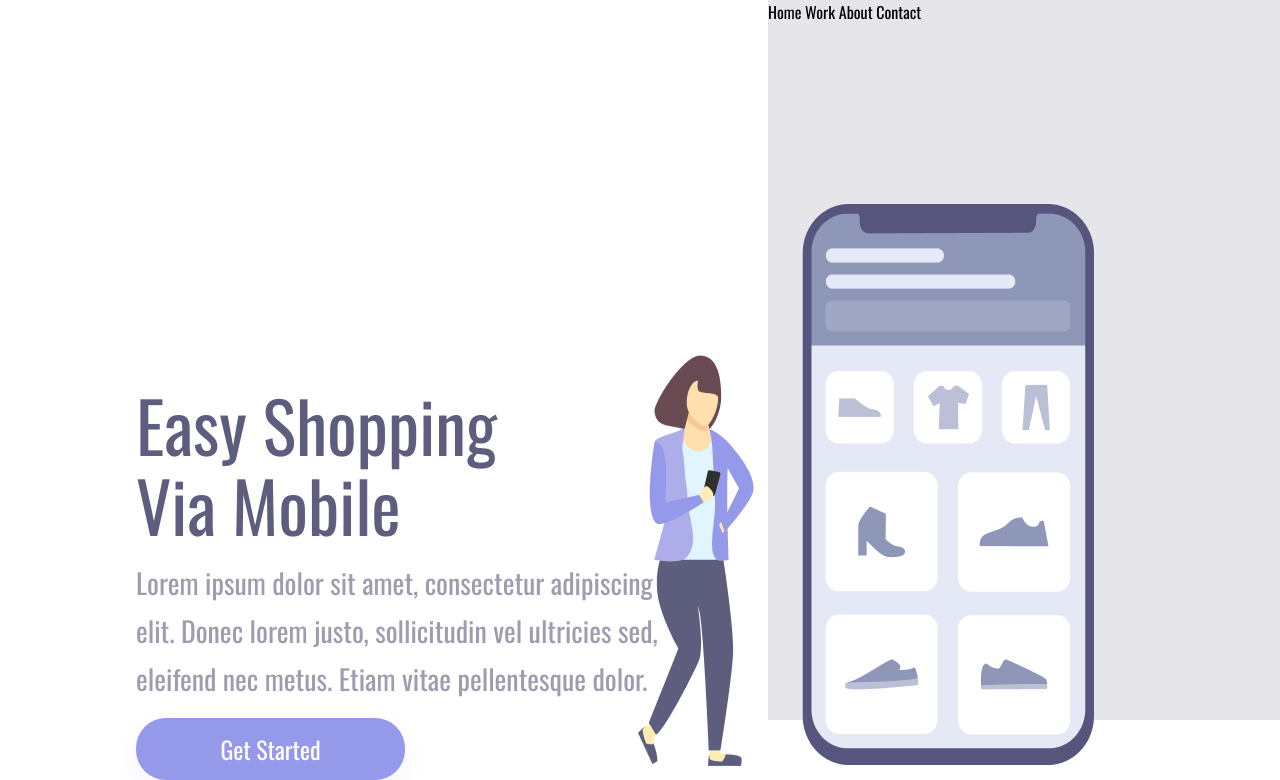
Repository: Leo-Marques-882/Projeto-Git-2
Page: index.html
The author's editor kept a copy of each file at every save. The page is drawn from the files as they stood at one save, then again after the next save.
The browser window is 1280 px wide. The pictures show the whole page.

Above is the page before, as saved 2023-03-06 23:57:03.

After the next save:
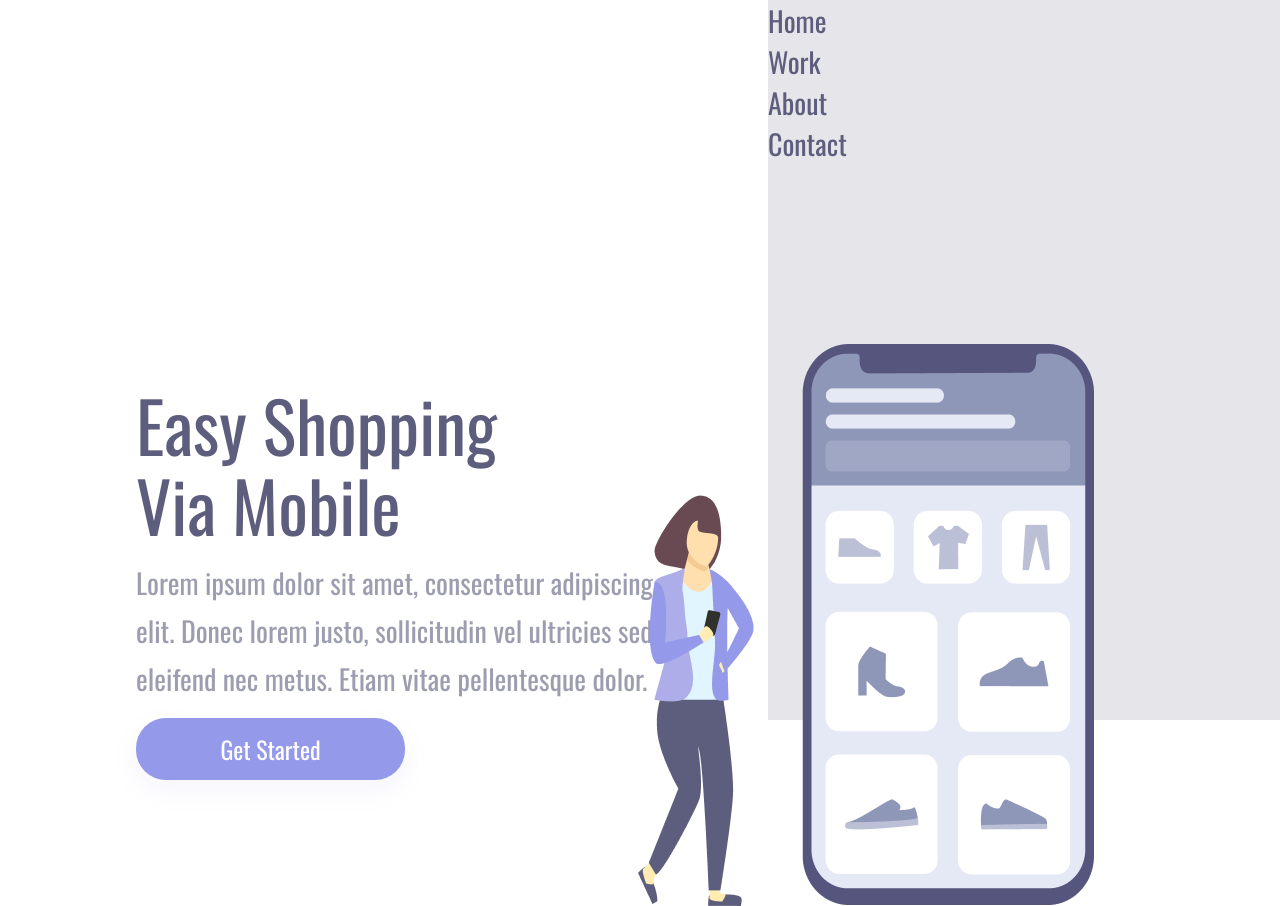
Saved 2 min 39 s later.
--- a/styless.css
+++ b/styless.css
@@ -67,6 +67,14 @@
     position: absolute;
 }
 
+header {
+    width: 59px;
+    font-weight: 400px;
+    font-size: 28px;
+    line-height: 41px;
+    color: #5D5D7D;
+}
+
 img {
     position: relative;
     top: 25%;
